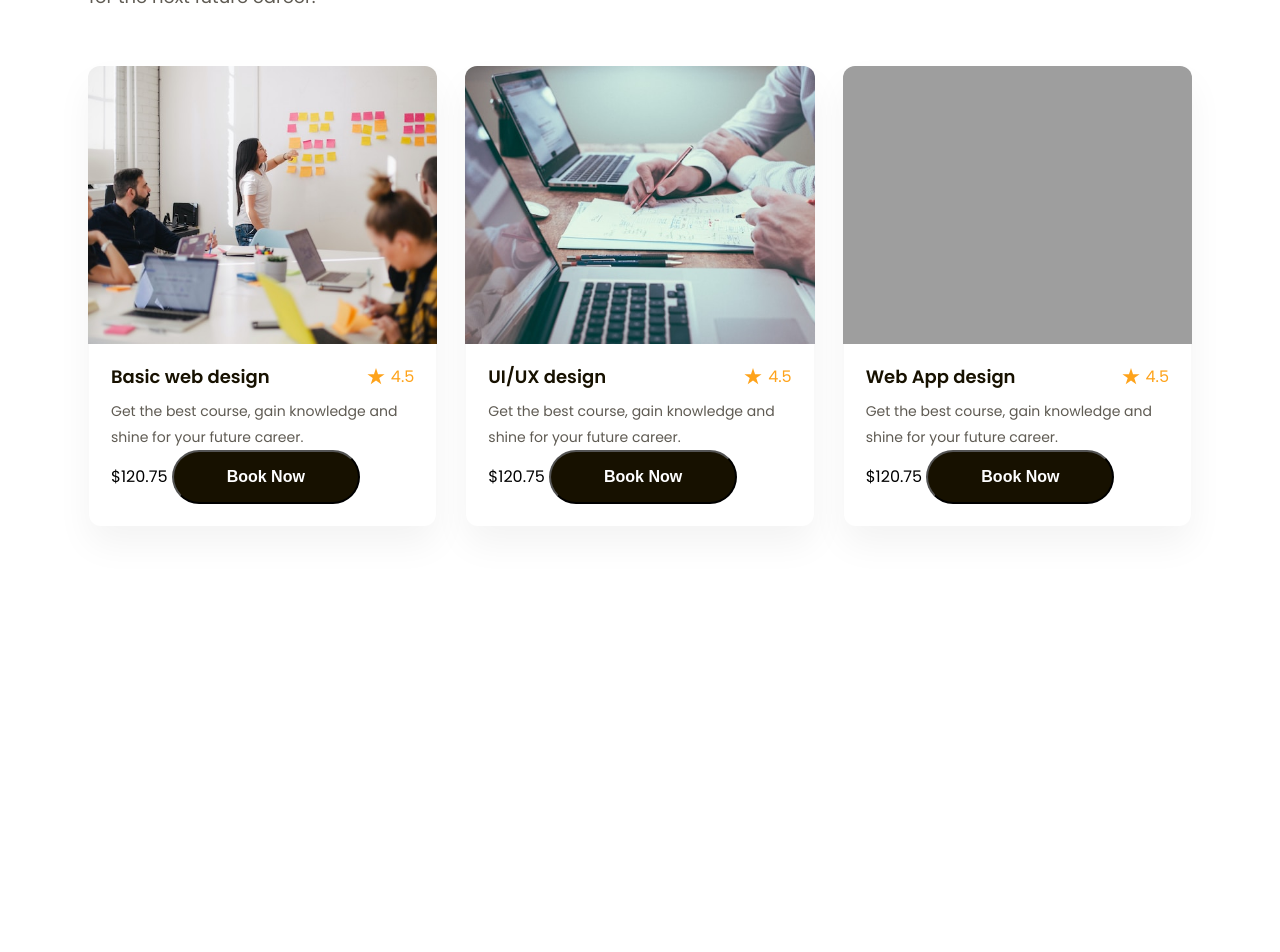
Repository: anhtien111198/f8-htmlcss-02
Page: index.html
The author's editor kept a copy of each file at every save. The page is drawn from the files as they stood at one save, then again after the next save.
The browser window is 1280 px wide. The pictures show the part of the page from y = 1212 to 2164 px (the page is 5000 px tall).
Pictures or frames that could not be fetched are drawn as grey boxes. A picture or video elsewhere on the page could not be fetched, so the positions and the page height are approximate.

Above is the page before, as saved 2023-05-09 10:33:41.

After the next save:
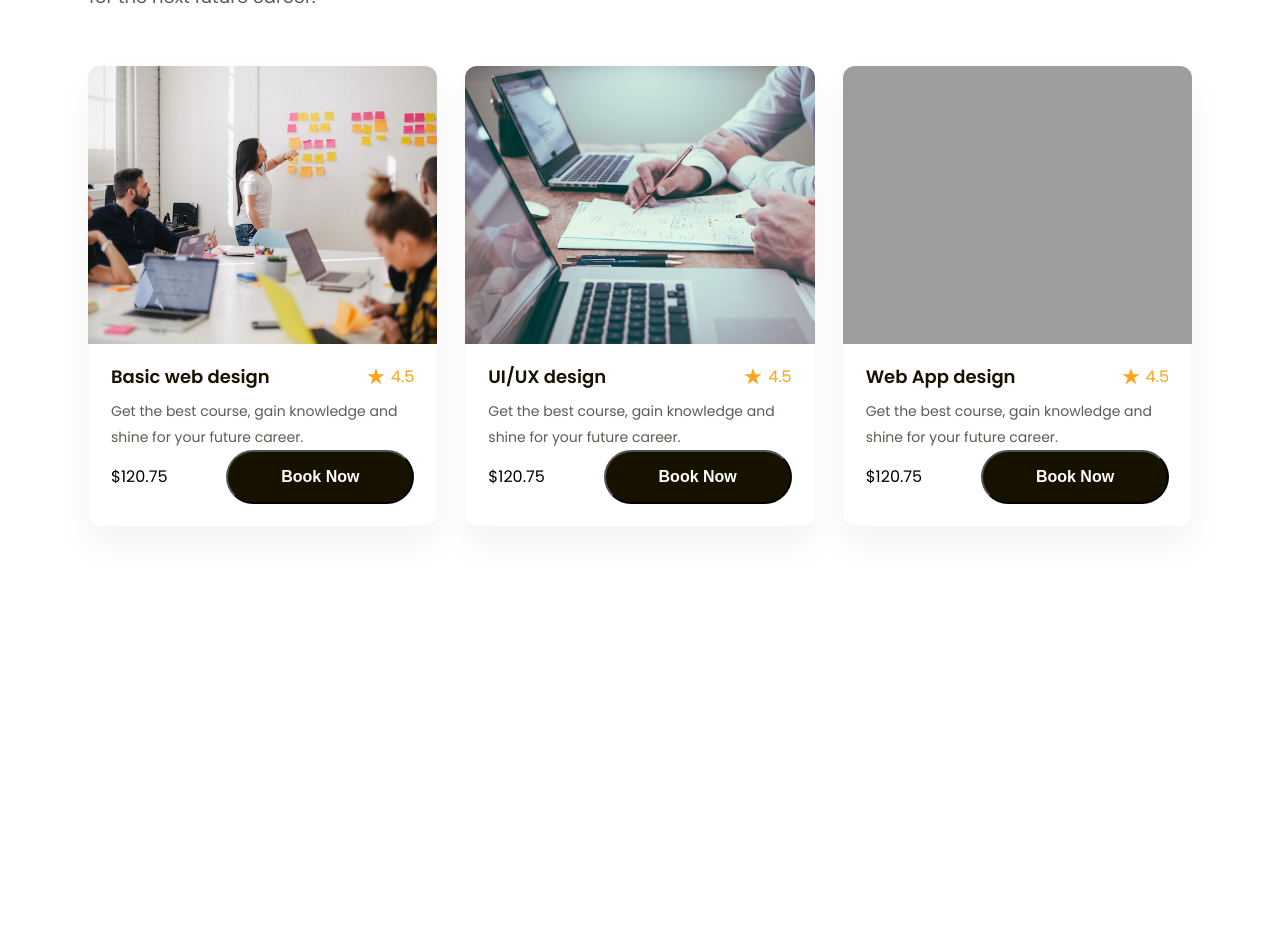
Saved 67 s later.
--- a/assets/css/style.css
+++ b/assets/css/style.css
@@ -292,6 +292,7 @@
     padding: 16px 22px 22px 22px;
 }
 .popular .course-item .rating,
+.popular .course-item .foot,
 .popular .course-item .head {
     display: flex;
     align-items: center;
